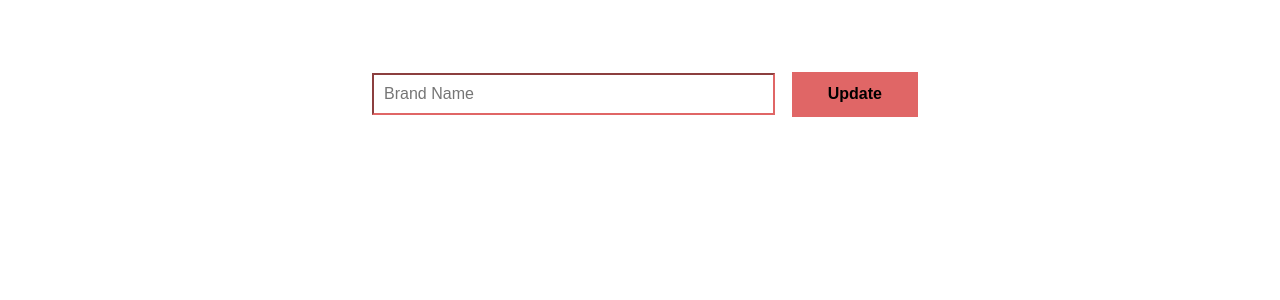
Repository: developerks611/Bumble-bee
Page: http://localhost/Bumble/view-one-brand.jsp
An editor plug-in stored every save of this project. The page is shown before and after the next save, followed by the edit.
The browser window is 1280 px wide. The pictures show the whole page.
The page is served by Tomcat 9.

Above is the page before, as saved 2023-03-02 13:07:36.

After the next save:
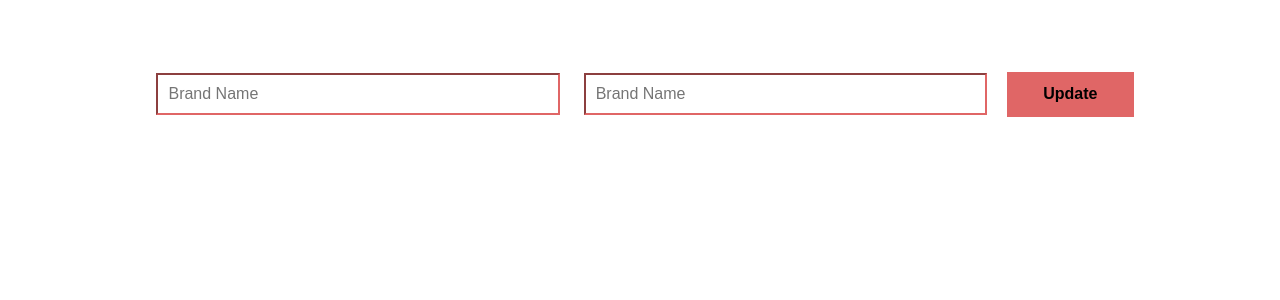
Saved 26 s later.
--- a/Bumble/src/main/webapp/view-one-brand.jsp
+++ b/Bumble/src/main/webapp/view-one-brand.jsp
@@ -46,7 +46,9 @@
 		<p>${message}<p>
 		<form action="updateBrand" method="post">
 		<input type="hidden" name="action" value="updatebrand">
-			<input type="text" class="txt_input" placeholder="Brand Name" name="brandname" value="${brand.getBrandname()}"><button type="submit" class="btn btn-success createAccount" >Update</button>
+			<input type="text" class="txt_input" placeholder="Brand Name" name="brandname" value="${brand.getBrandname()}">
+			<input type="text" class="txt_input" placeholder="Brand Name" name="brandname" value="${brand.getBrandname()}">
+			<button type="submit" class="btn btn-success createAccount" >Update</button>
 		</form>
 
 
